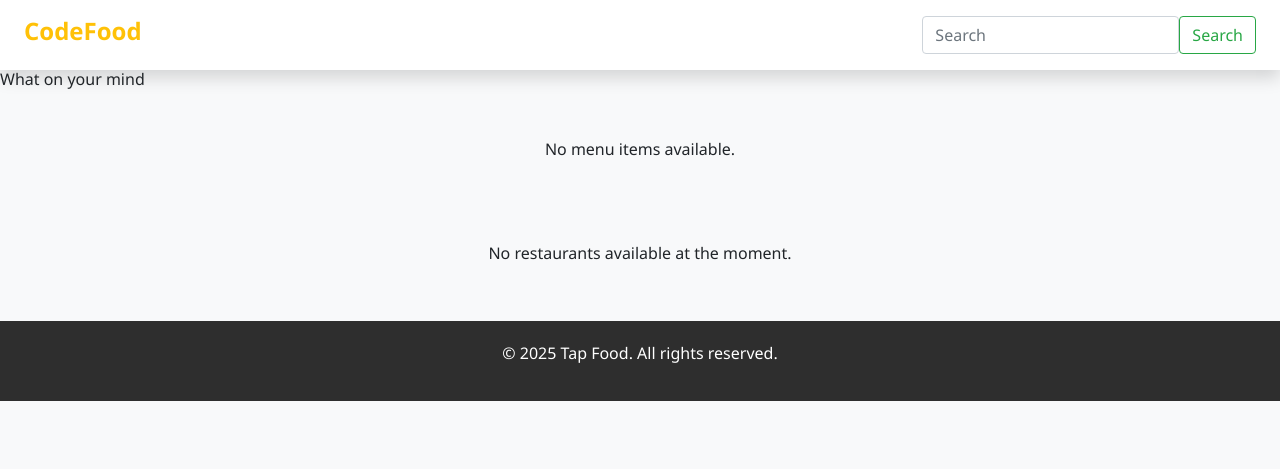
Repository: Rupeswarbhainsa777/Food-Web-App
Page: http://localhost/TapFoodApp/resturent.jsp
An editor plug-in stored every save of this project. The page is shown before and after the next save, followed by the edit.
The browser window is 1280 px wide. The pictures show the whole page.
The page is served by Tomcat 10. Nobody is signed in. The application's start-up code is not run. Queries for data that is not in the repository find no rows.

Above is the page before, as saved 2025-05-02 18:16:05.

After the next save:
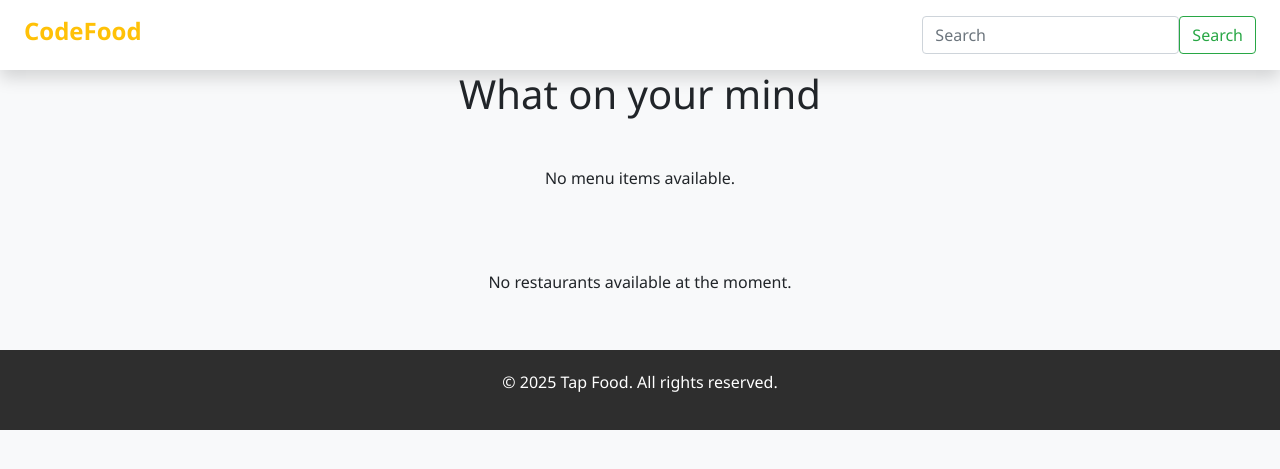
Saved 69 s later.
--- a/TapFoodApp/src/main/webapp/resturent.jsp
+++ b/TapFoodApp/src/main/webapp/resturent.jsp
@@ -155,9 +155,9 @@ body {
         }
   .heading{
 
-   font-size: 16px;
-   dispaly : flex;
-
+  display: flex;
+      align-items: center;
+      justify-content: center;
 
   }
 </style>
